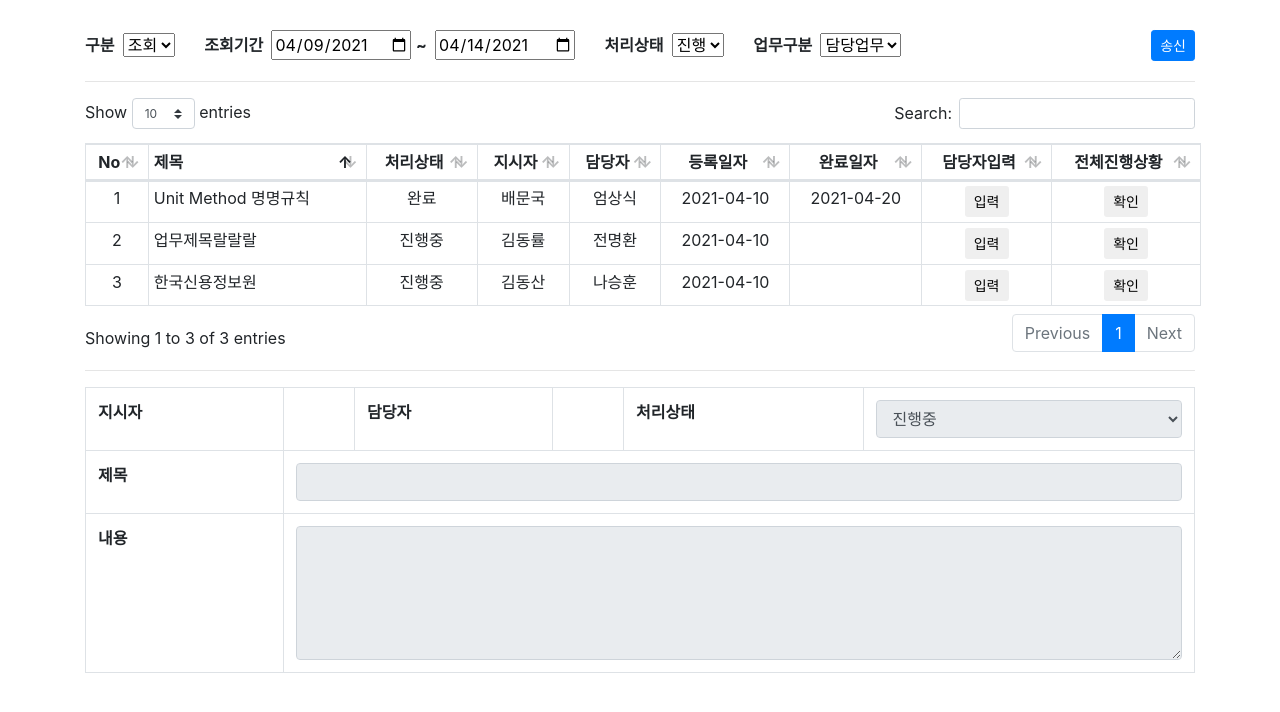
Repository: jungtaeyong/FSB_Project
Page: http://localhost/FsbJobMgt/main.jsp
An editor plug-in stored every save of this project. The page is shown before and after the next save, followed by the edit.
The browser window is 1280 px wide. The pictures show the whole page.
The page is served by Tomcat 9.

Above is the page before, as saved 2021-04-15 07:24:10.

After the next save:
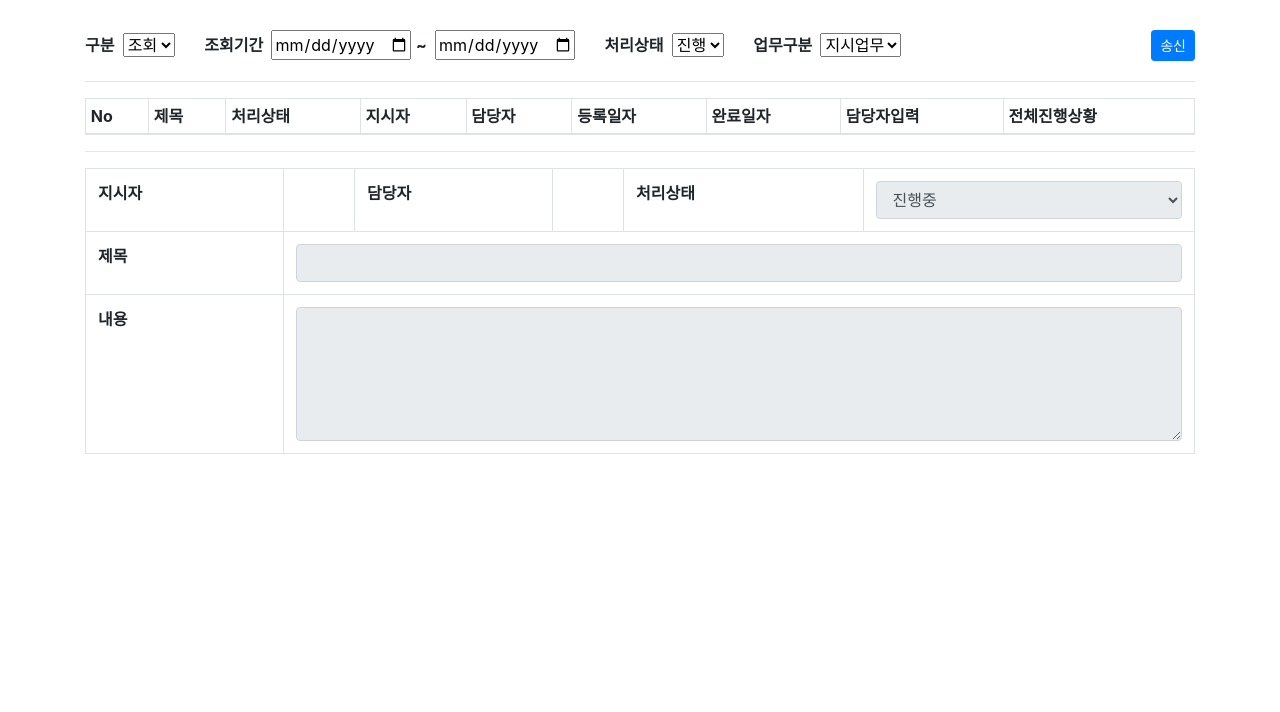
Console error: SyntaxError: missing ) after argument list
Saved 16 s later.
--- a/FsbJobMgt/WebContent/main.jsp
+++ b/FsbJobMgt/WebContent/main.jsp
@@ -156,10 +156,10 @@
 	$('#job_list tbody').on( 'click', 'button[name="first_btn"]', function () {
         let data = jobList.row( $(this).parents('tr') ).data();
 		console.log("First Button",data);
-
+		setTableData(data);
+		console.log(JOB_CD
 		$('#exampleModal').modal();
-		setTableData(data);
-		console.log(JOB_CD);
+		);
     } );
 
 	/* 테이블 버튼 이벤트(전체진행상황) */

After the 2 saves that followed:
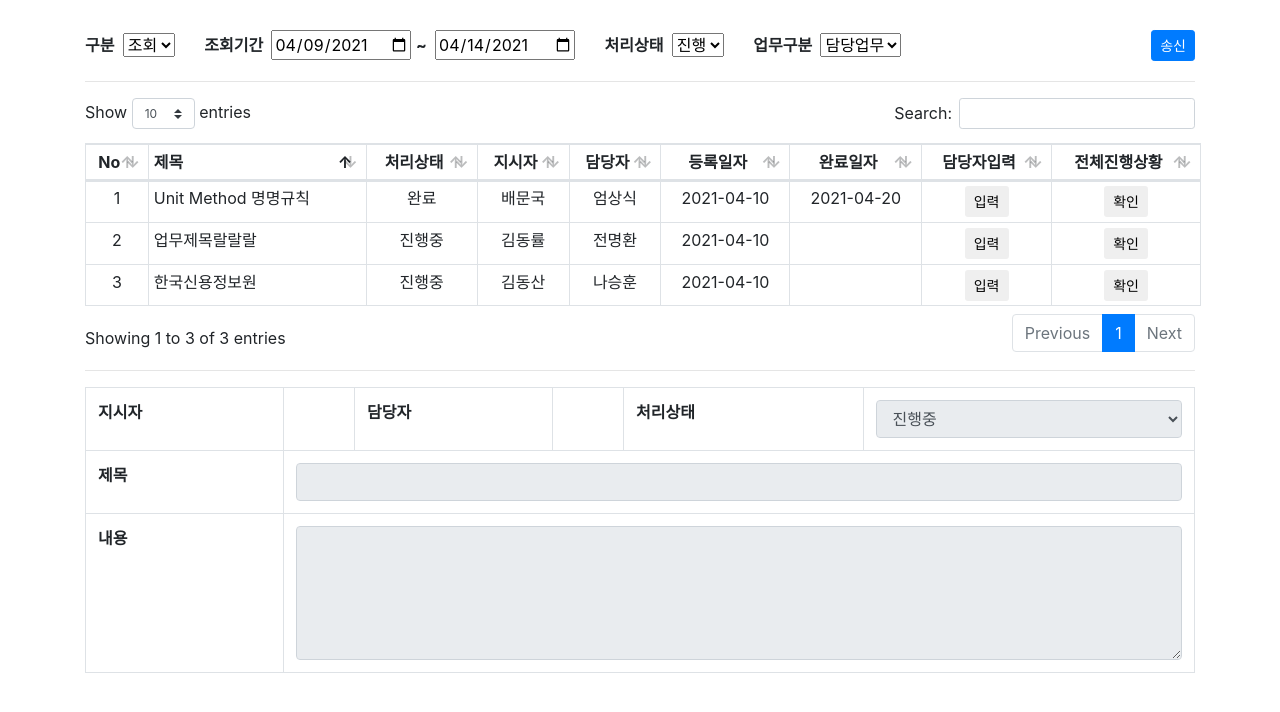
The error is gone.
The 2 saves are shown as one change because 1 left the picture as it was.
The last was saved 16 s later.
--- a/FsbJobMgt/WebContent/main.jsp
+++ b/FsbJobMgt/WebContent/main.jsp
@@ -157,9 +157,8 @@
         let data = jobList.row( $(this).parents('tr') ).data();
 		console.log("First Button",data);
 		setTableData(data);
-		console.log(JOB_CD
+		console.log(JOB_CD);
 		$('#exampleModal').modal();
-		);
     } );
 
 	/* 테이블 버튼 이벤트(전체진행상황) */
